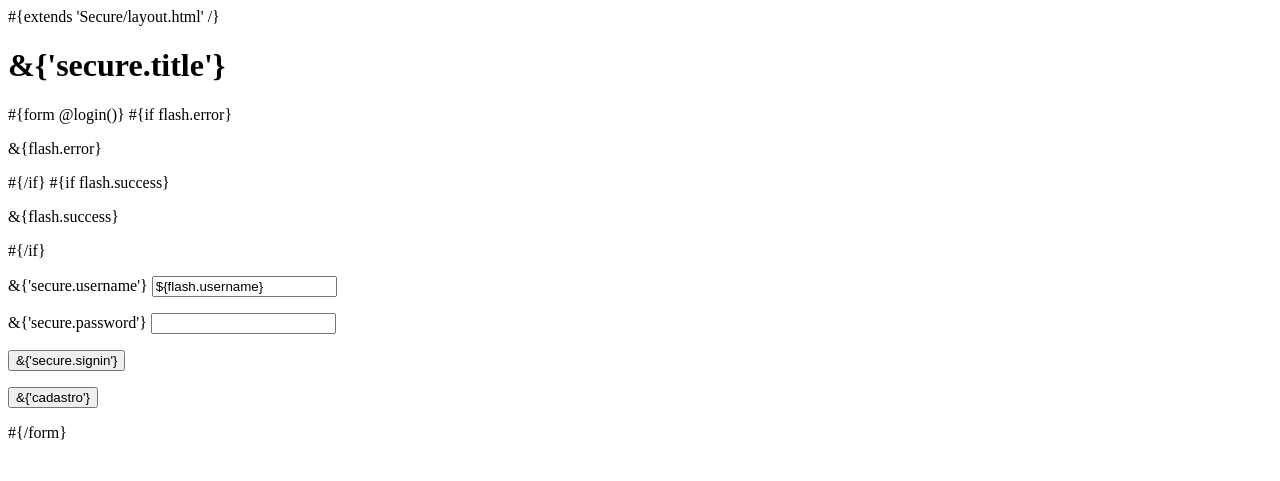
Repository: danilofonte/playframework-tutorial
Page: controleAcesso/app/views/Admin/main.html
These files come from the project's save history. The page is drawn as it stood at one moment and after the next save; the edit follows.
The browser window is 1280 px wide. The pictures show the whole page.

Above is the page before, as saved 2014-02-05 11:35:14.

### controleAcesso/app/views/Admin/main.html
#{extends 'Secure/layout.html' /}

<div id="login">

	<h1>&{'secure.title'}</h1>

	#{form @login()}

		#{if flash.error}
			<p class="error">
				&{flash.error}
			</p>
		#{/if}
		#{if flash.success}
			<p class="success">
				&{flash.success}
			</p>
		#{/if}

		<p id="username-field">
			<label for="email">&{'secure.username'}</label>
			<input type="text" name="usuario.email" id="email" value="${flash.username}" />
		</p>
		<p id="password-field">
			<label for="password">&{'secure.password'}</label>
			<input type="password" name="usuario.password" id="password" value="" />
		</p>
		<p id="signin-field">
			<input type="submit" id="signin" value="&{'secure.signin'}" />
		</p>
		<p id="signin-field">
			<a href="{@cadastro()}"><button>&{'cadastro'}</button></a>
		</p>
	#{/form}
</div>

After the next save:
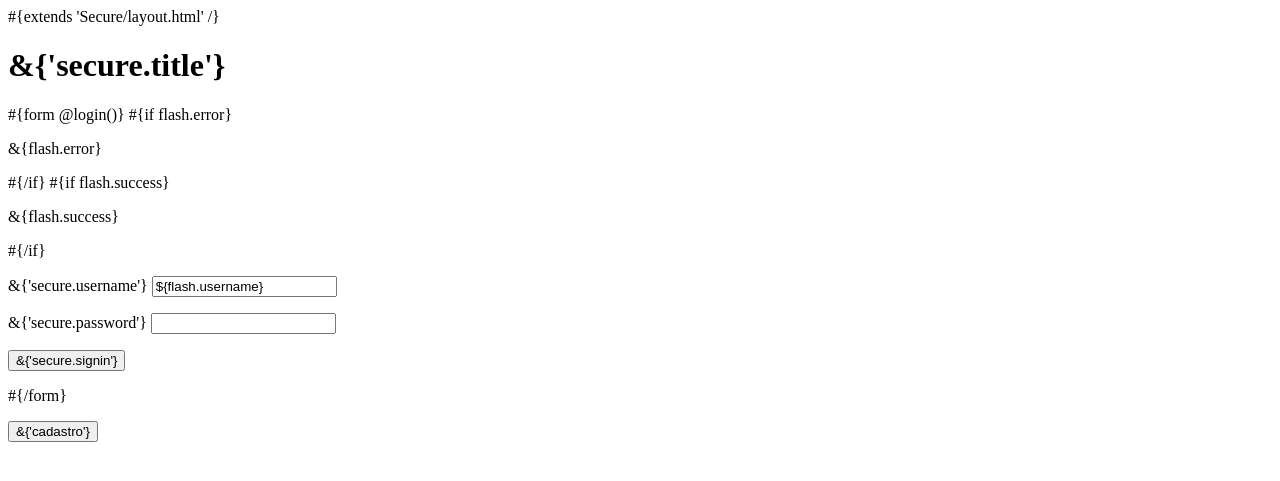
Saved 109 s later.
--- a/controleAcesso/app/views/Admin/main.html
+++ b/controleAcesso/app/views/Admin/main.html
@@ -28,8 +28,8 @@
 		<p id="signin-field">
 			<input type="submit" id="signin" value="&{'secure.signin'}" />
 		</p>
-		<p id="signin-field">
-			<a href="{@cadastro()}"><button>&{'cadastro'}</button></a>
-		</p>
 	#{/form}
+	<p id="signin-field">
+		<a href="{@cadastro()}"><button>&{'cadastro'}</button></a>
+	</p>
 </div>
